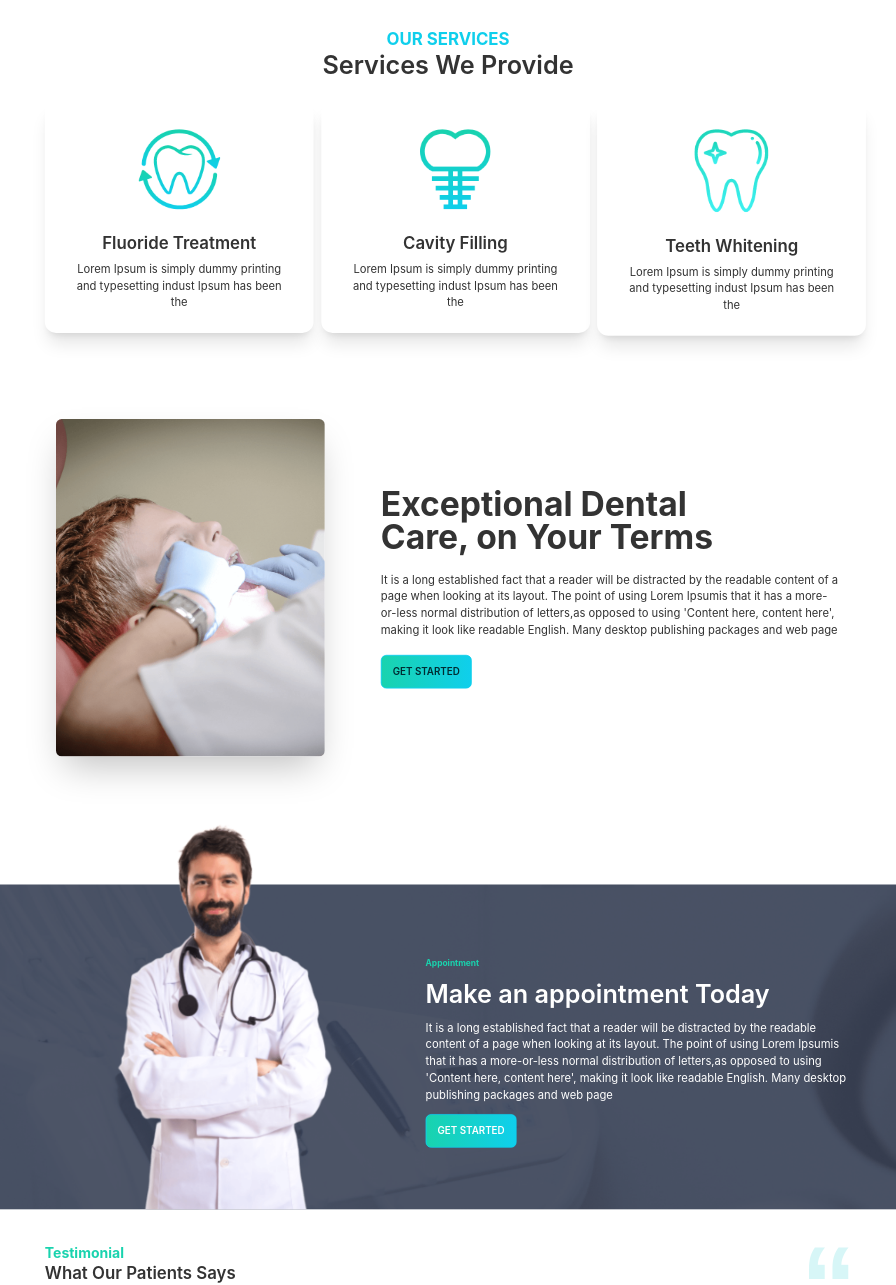
Repository: Tanvir3744/Doctors-client-website
Page: /
An editor plug-in stored every save of this project. The page is shown before and after the next save, followed by the edit.
The browser window is 1280 px wide. The pictures show the part of the page from y = 891 to 2811 px (the page is 2727 px tall before and 2811 px after), at 70% of full size.
The project was rebuilt for these pictures with package versions that can differ from the ones it lists, and the page was loaded fresh each time. Also part of the build but not shown: src/Pages/About/About.js, src/Pages/Login/Login.js, src/Pages/NotFound/NotFound.js.

Above is the page before, as saved 2022-05-25 22:37:37.

After the next save:
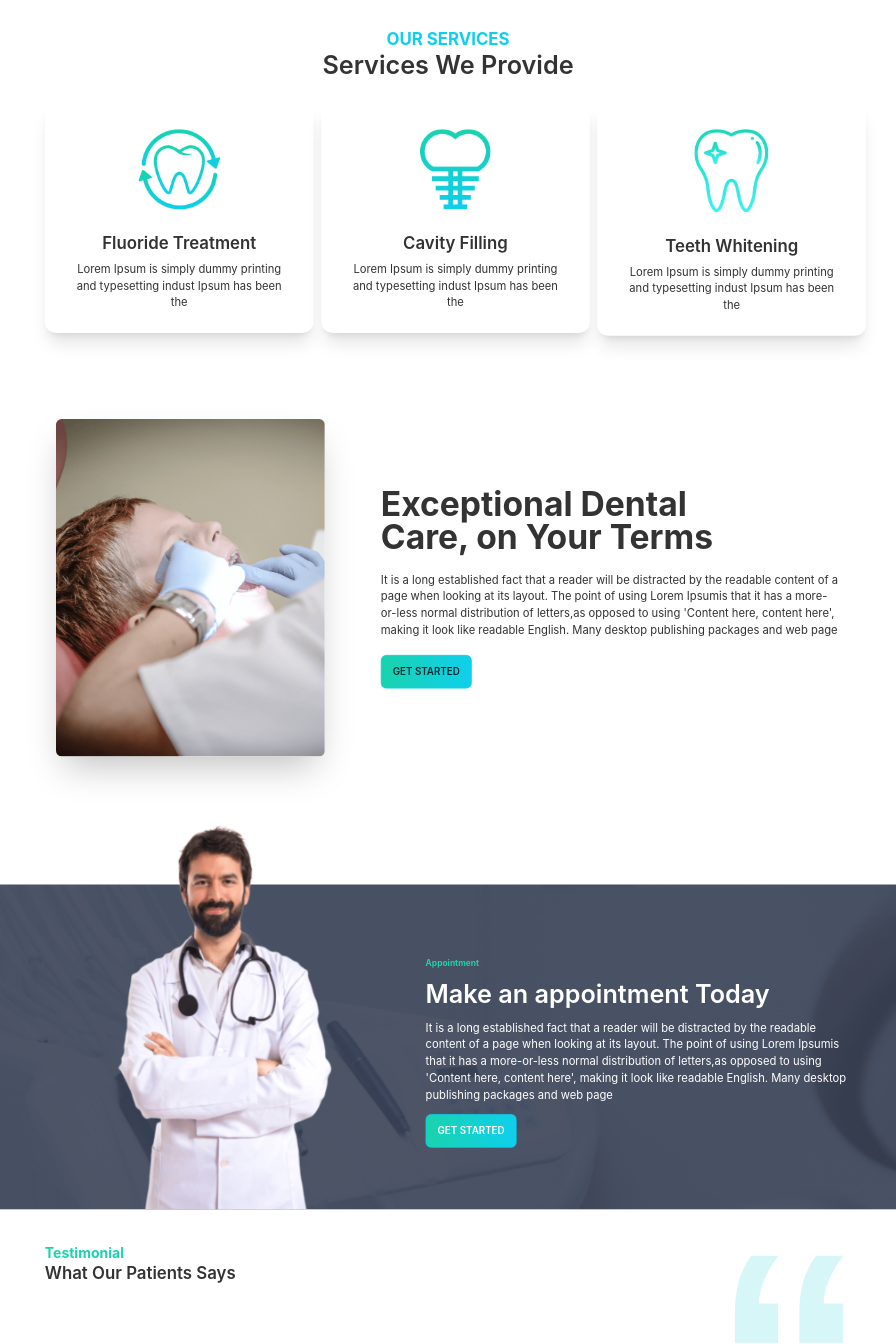
Saved 41 s later.
--- a/src/Pages/Home/Testimonials.js
+++ b/src/Pages/Home/Testimonials.js
@@ -8,7 +8,7 @@ const Testimonials = () => {
                 <h3 className='text-xl text-secondary font-bold'>Testimonial</h3>
                 <h2 className='text-2xl font-semibold'>What Our Patients Says</h2>
             </div>
-            <div className='w-16'>
+            <div className='w-44'>
                 <img src={Quote} alt="" />
             </div>
         </div>
